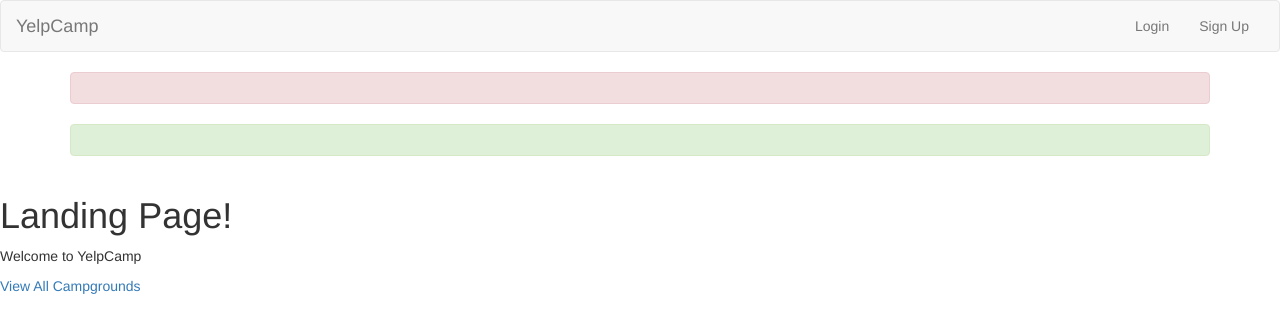
Repository: nax3t/webdevbootcamp
Page: http://localhost/
The author's editor kept a record of every edit. The page is drawn from the files as they stood at one moment, then again after a run of edits.
The browser window is 1280 px wide. The pictures show the whole page.
The page is served by the project's Node server (YelpCamp/v11/app.js). Other server files are loaded and not shown.

Above is the page before.

### YelpCamp/v11/views/partials/header.ejs
<!DOCTYPE html>
<html>
    <head>
        <title>YelpCamp</title>
        <link rel="stylesheet" href="https://maxcdn.bootstrapcdn.com/bootstrap/3.3.5/css/bootstrap.min.css">
        <link rel="stylesheet" href="/stylesheets/main.css">
    </head>
    <body>
    <nav class="navbar navbar-default">
        <div class="container-fluid">
            <div class="navbar-header">
                <a class="navbar-brand" href="/">YelpCamp</a>
            </div>
            <div class="collapse navbar-collapse">
                <ul class="nav navbar-nav navbar-right">
                    <% if(!currentUser){ %>
                        <li><a href="/login">Login</a></li>
                        <li><a href="/register">Sign Up</a></li>
                    <% } else { %>
                        <li><a href="#">Signed In As <%= currentUser.username %></a></li>
                        <li><a href="/logout">Logout</a></li>
                    <% } %>
                </ul>
            </div>
        </div>
    </nav>

    <div class="container">
        <div class="alert alert-danger" role="alert">
            <%= error %>
        </div>
        <div class="alert alert-success" role="alert">
            <%= success %>
        </div>
    </div>

### YelpCamp/v11/app.js
var express     = require("express"),
    app         = express(),
    bodyParser  = require("body-parser"),
    mongoose    = require("mongoose"),
    flash       = require("connect-flash"),
    passport    = require("passport"),
    LocalStrategy = require("passport-local"),
    methodOverride = require("method-override"),
    Campground  = require("./models/campground"),
    Comment     = require("./models/comment"),
    User        = require("./models/user"),
    seedDB      = require("./seeds")

//requiring routes
var commentRoutes    = require("./routes/comments"),
    campgroundRoutes = require("./routes/campgrounds"),
    indexRoutes      = require("./routes/index")

mongoose.connect("mongodb://localhost/yelp_camp_v10");
app.use(bodyParser.urlencoded({extended: true}));
app.set("view engine", "ejs");
app.use(express.static(__dirname + "/public"));
app.use(methodOverride("_method"));
app.use(flash());
// seedDB(); //seed the database

// PASSPORT CONFIGURATION
app.use(require("express-session")({
    secret: "Once again Rusty wins cutest dog!",
    resave: false,
    saveUninitialized: false
}));
app.use(passport.initialize());
app.use(passport.session());
passport.use(new LocalStrategy(User.authenticate()));
passport.serializeUser(User.serializeUser());
passport.deserializeUser(User.deserializeUser());

app.use(function(req, res, next){
   res.locals.currentUser = req.user;
   res.locals.error = req.flash("error");
   res.locals.success = req.flash("success");
   next();
});

app.use("/", indexRoutes);
app.use("/campgrounds", campgroundRoutes);
app.use("/campgrounds/:id/comments", commentRoutes);


app.listen(process.env.PORT, process.env.IP, function(){
   console.log("The YelpCamp Server Has Started!");
});

### YelpCamp/v11/routes/index.js
var express = require("express");
var router  = express.Router();
var passport = require("passport");
var User = require("../models/user");

//root route
router.get("/", function(req, res){
    res.render("landing");
});

// show register form
router.get("/register", function(req, res){
   res.render("register");
});

//handle sign up logic
router.post("/register", function(req, res){
    var newUser = new User({username: req.body.username});
    User.register(newUser, req.body.password, function(err, user){
        if(err){
            req.flash("error", err);
            return res.render("register");
        }
        passport.authenticate("local")(req, res, function(){
           req.flash("success", "Welcome to YelpCamp " + user.username);
           res.redirect("/campgrounds");
        });
    });
});

//show login form
router.get("/login", function(req, res){
   res.render("login");
});

//handling login logic
router.post("/login", passport.authenticate("local",
    {
        successRedirect: "/campgrounds",
        failureRedirect: "/login"
    }), function(req, res){
});

// logout route
router.get("/logout", function(req, res){
   req.logout();
   req.flash("success", "Logged you out!");
   res.redirect("/campgrounds");
});

//middleware
function isLoggedIn(req, res, next){
    if(req.isAuthenticated()){
        return next();
    }
    res.redirect("/login");
}

module.exports = router;

Loaded but not shown: YelpCamp/v11/views/landing.ejs (common file); YelpCamp/v11/views/partials/footer.ejs (common file); YelpCamp/v11/public/stylesheets/main.css (common file)

After the next 2 edits:
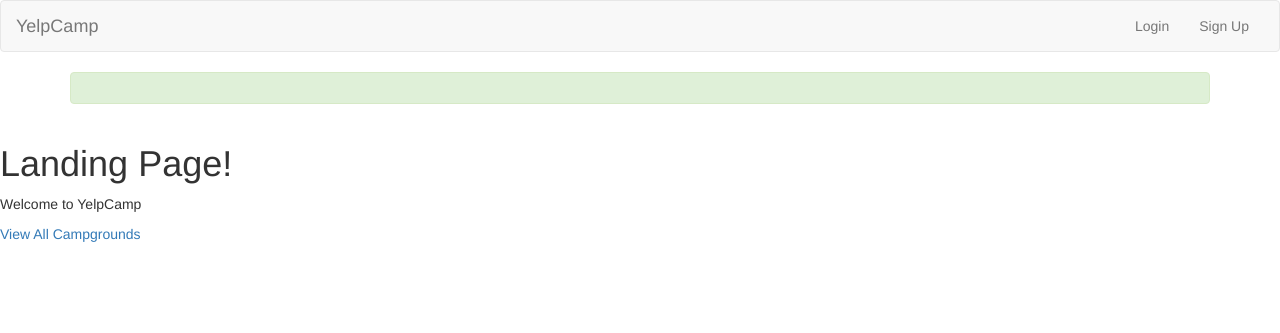
The 2 edits are shown as one change because 1 did not build or start.
The edit:
--- a/YelpCamp/v11/views/partials/header.ejs
+++ b/YelpCamp/v11/views/partials/header.ejs
@@ -26,9 +26,12 @@
     </nav>
 
     <div class="container">
-        <div class="alert alert-danger" role="alert">
-            <%= error %>
-        </div>
+
+        <% if(error && error.length > 0){ %>
+            <div class="alert alert-danger" role="alert">
+                <%= error %>
+            </div>
+        <% } %>
         <div class="alert alert-success" role="alert">
             <%= success %>
         </div>
